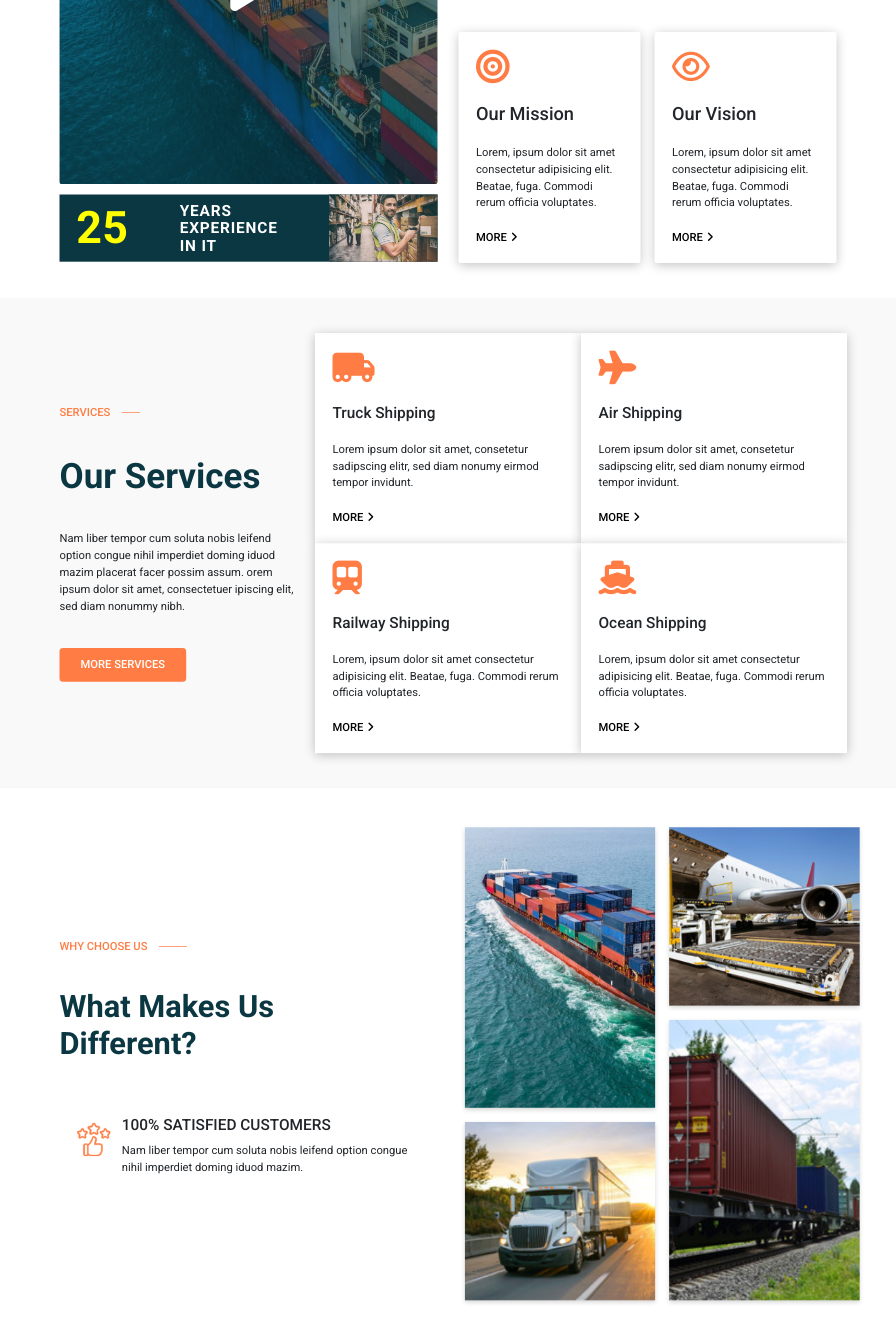
Repository: nazmulalok/shipping-theme
Page: index.html
The author's editor kept a copy of each file at every save. The page is drawn from the files as they stood at one save, then again after the next save.
The browser window is 1280 px wide. The pictures show the part of the page from y = 1327 to 3247 px (the page is 3247 px tall), at 70% of full size.
Some web libraries are served in a nearby version.

Above is the page before, as saved 2022-10-08 23:26:22.

After the next save:
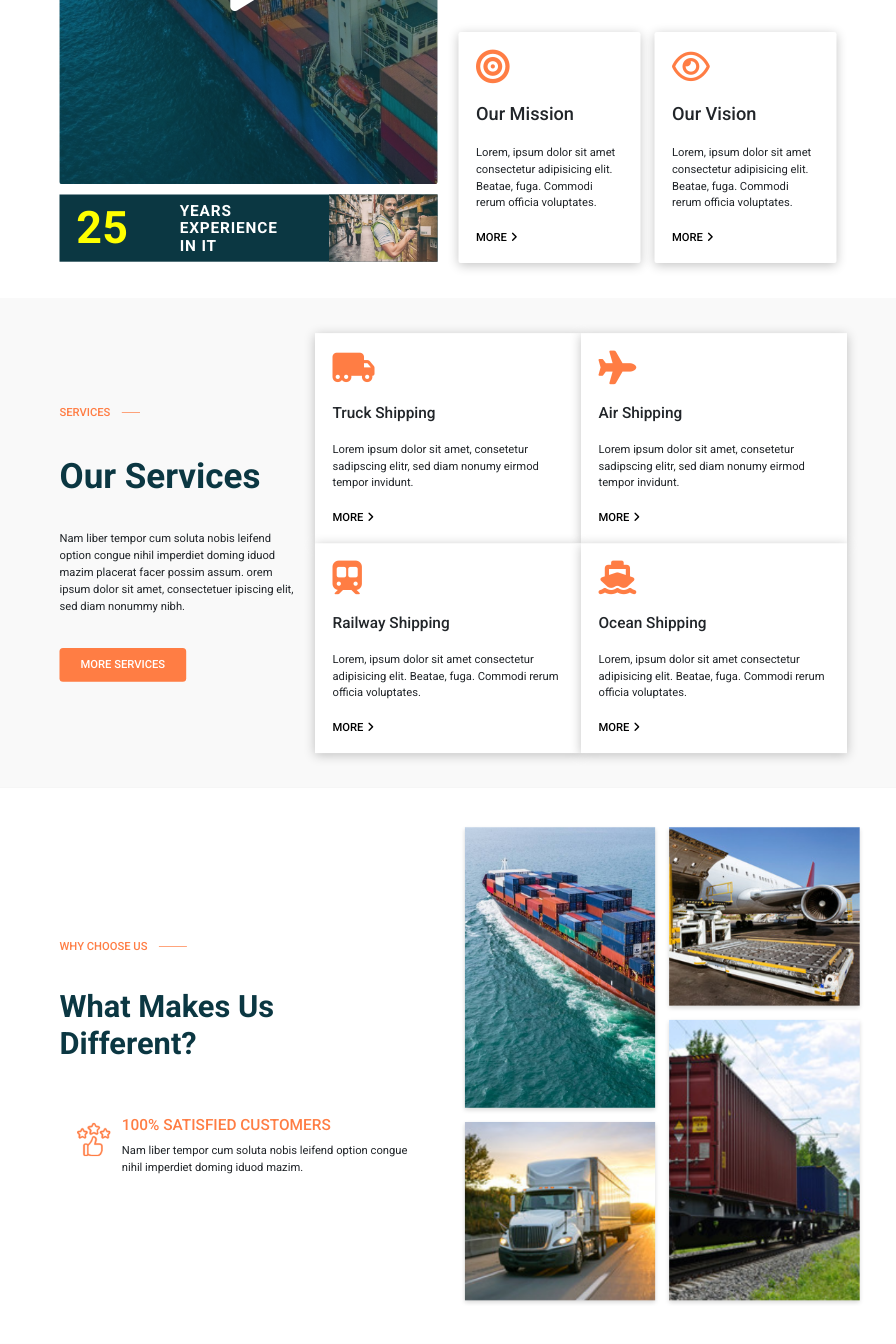
Saved 86 s later.
--- a/style.css
+++ b/style.css
@@ -464,12 +464,13 @@ a.more-btn:after {
 }
 
 .why-choose-box .common-box:hover {
-    box-shadow: none;
-    border-radius: 0px;
+    background-color: var(--tertiary-color);
+    color: #000;
     transition: all 0.5s ease;
 }
 
 .why-choose-box .common-box .box-title {
+    color: var(--main-color);
     font-size: 22px;
     font-weight: 500;
     text-transform: uppercase;
